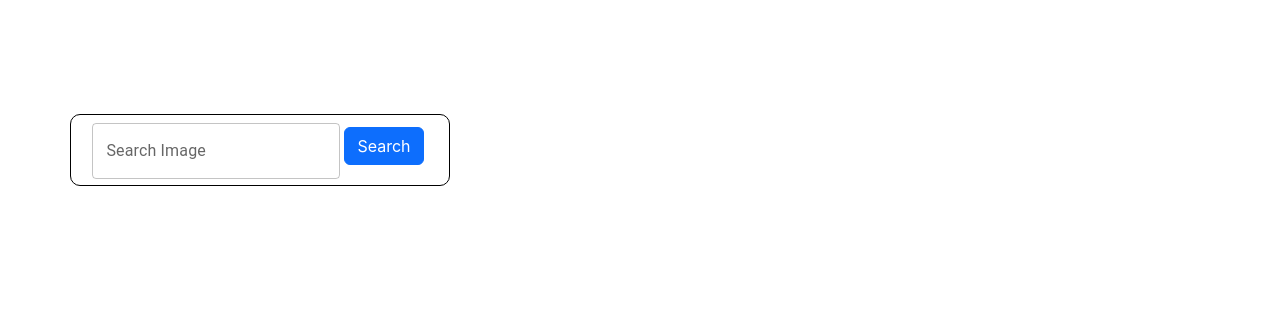
Repository: mohit78911/Snapshot
Page: /
The author's editor kept a copy of each file at every save. The page is drawn from the files as they stood at one save, then again after the next save.
The browser window is 1280 px wide. The pictures show the whole page.
The project was rebuilt for these pictures with package versions that can differ from the ones it lists, and the page was loaded fresh each time. Also part of the build but not shown: src/snapshot/SearchBox.css.

Above is the page before, as saved 2023-09-01 10:48:35.

After the next save:
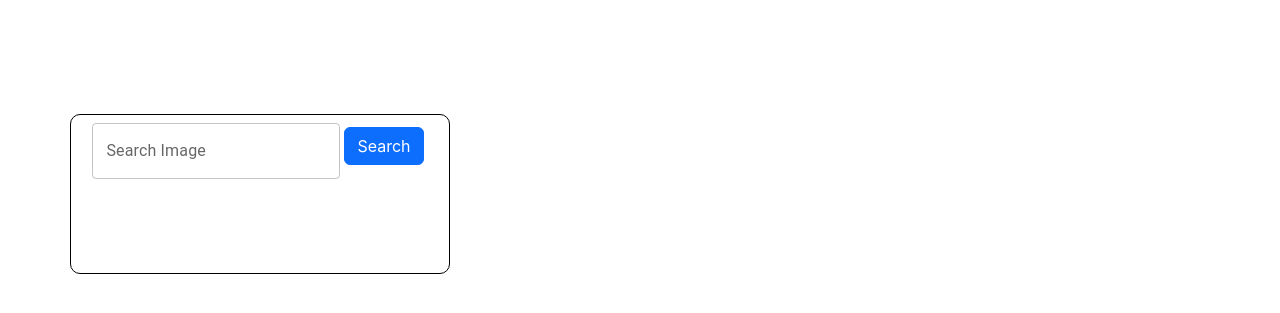
Saved 6 s later.
--- a/src/App.css
+++ b/src/App.css
@@ -42,5 +42,5 @@
   margin-top: 10%;
   border: 1px solid black;
   border-radius: 10px;
-  height: 10vh;
+  height: 10rem;
 }
